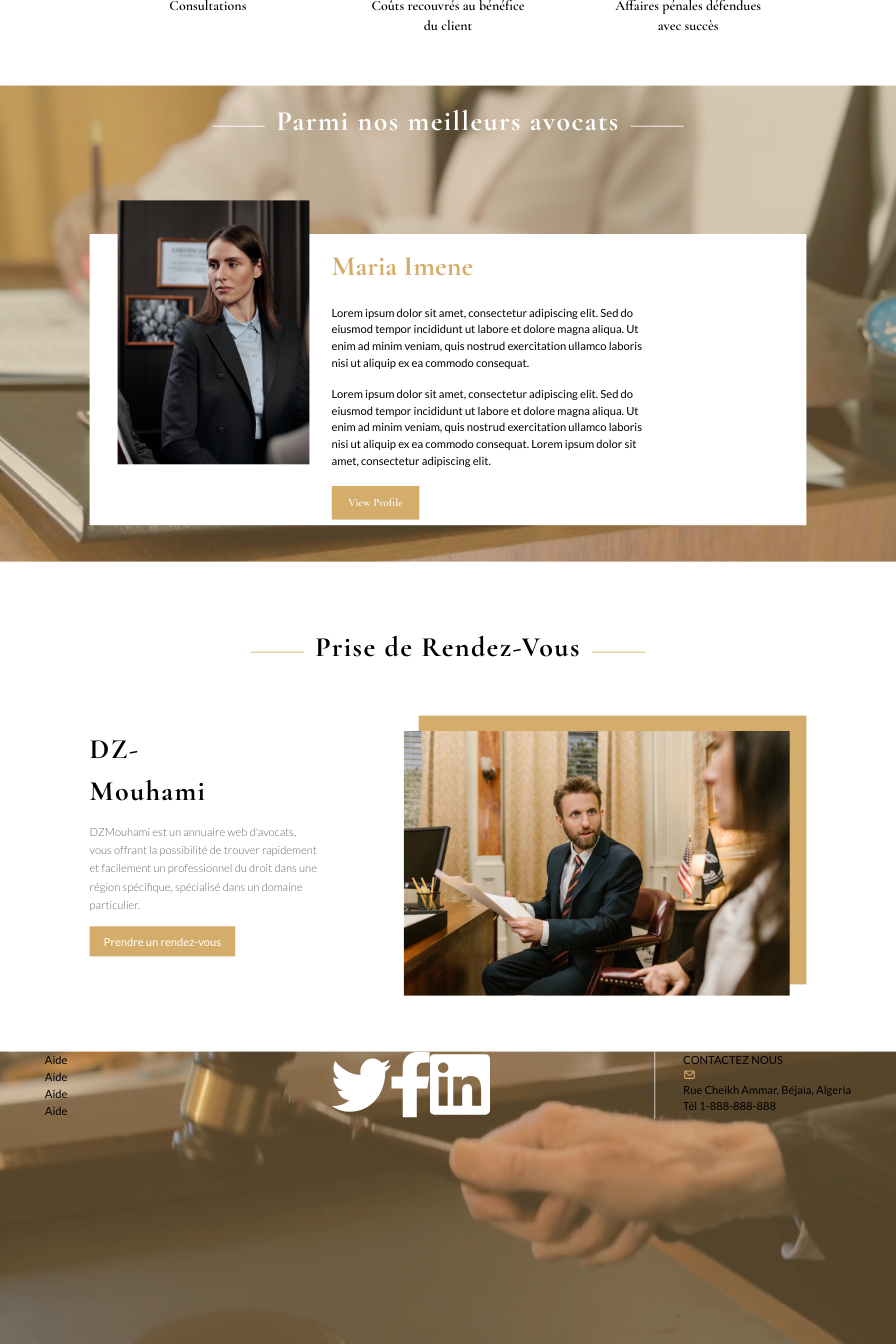
Repository: Chekrouba-Tinhinane/Mohami_dz
Page: / (app in client/)
These files come from the project's save history. The page is drawn as it stood at one moment and after a run of saves; the edit follows.
The browser window is 1280 px wide. The pictures show the part of the page from y = 2346 to 4266 px (the page is 4266 px tall before and 4240 px after), at 70% of full size.
The project was rebuilt for these pictures with package versions that can differ from the ones it lists, and the page was loaded fresh each time. Also part of the build but not shown: client/vite.config.js, client/src/SignIn.jsx, client/src/components/Selector.jsx, client/src/components/SearchContainer.jsx, client/src/Search.jsx, client/src/components/super/HomeLayout.jsx, client/src/components/Profile.jsx.

Above is the page before, as saved 2024-01-25 12:28:07.

After the next 3 saves:
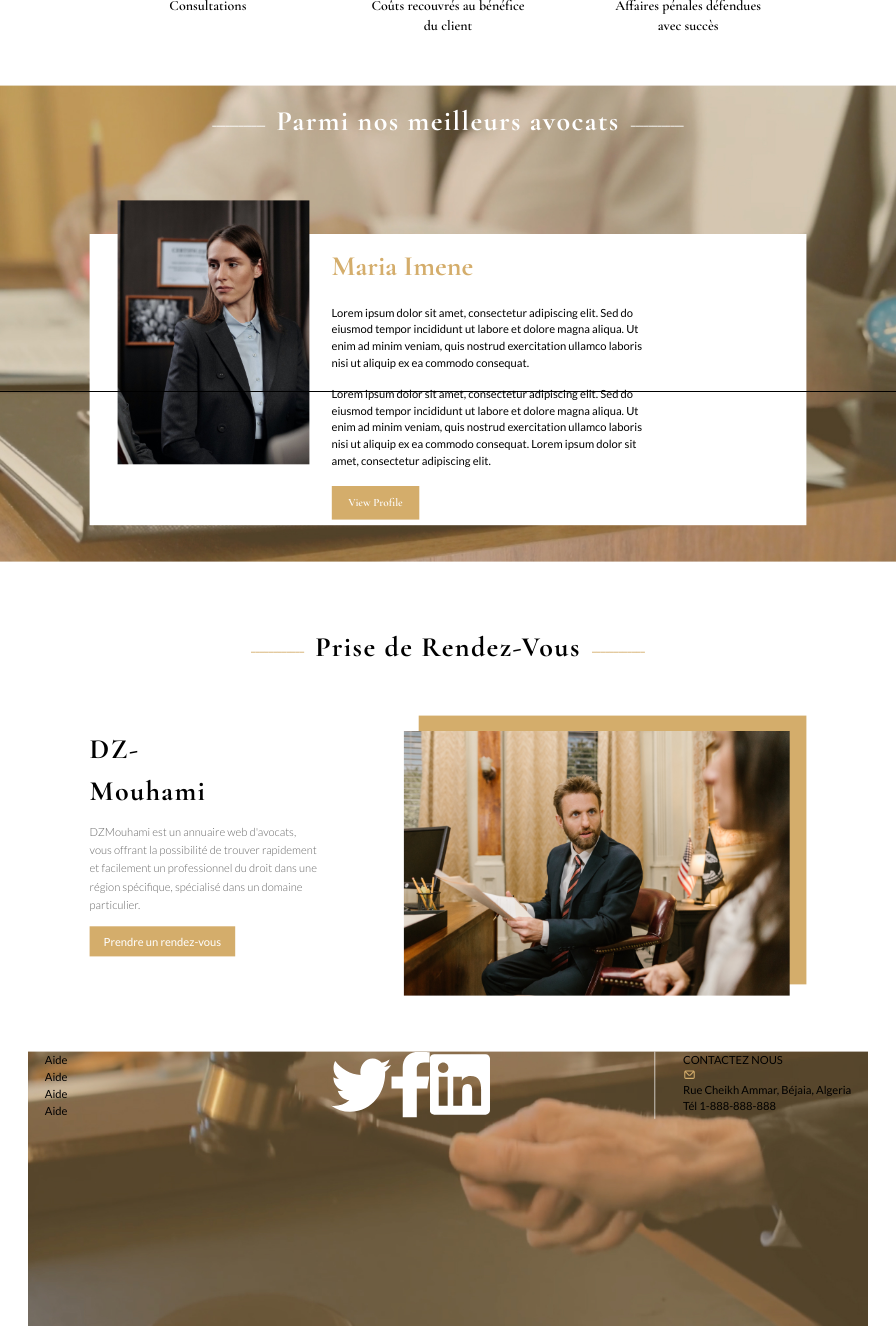
The 3 saves are shown as one change because they came seconds apart.
The last was saved 58 s later.
--- a/client/src/LandingPage.jsx
+++ b/client/src/LandingPage.jsx
@@ -270,7 +270,7 @@
 
 function Footer() {
   return (
-    <footer id="footer" className=" relative flex w-full justify-center mt-10 ">
+    <footer id="footer" className=" relative flex w-full justify-center px-10 mt-10 ">
       <img src={footer} alt="" className="w-full object-cover" />
       {/* sixth section */}
       <div className="absolute w-full ">

After the 3 saves that followed:
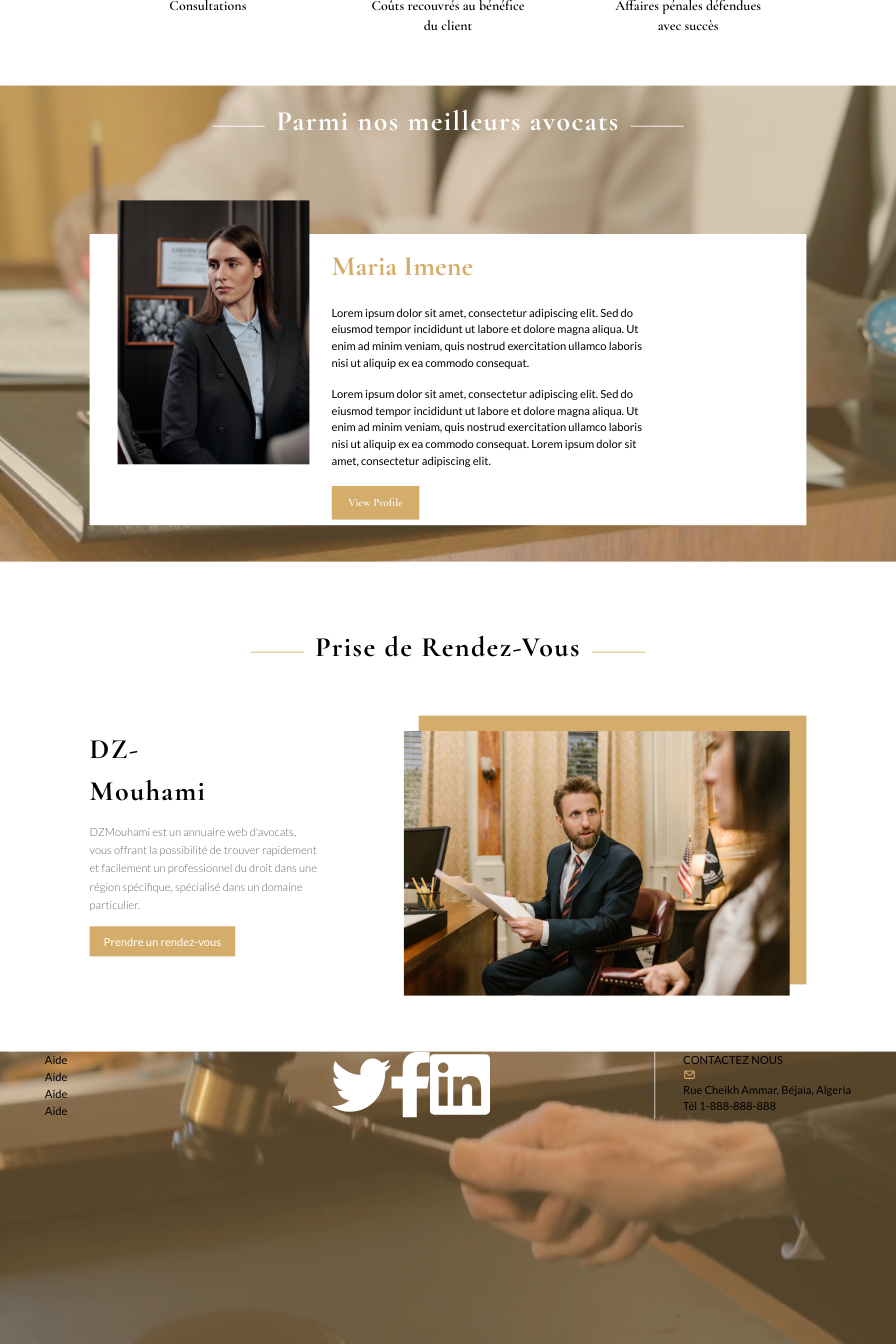
The 3 saves are shown as one change because they came seconds apart.
The last was saved 7 s later.
--- a/client/src/LandingPage.jsx
+++ b/client/src/LandingPage.jsx
@@ -270,7 +270,7 @@
 
 function Footer() {
   return (
-    <footer id="footer" className=" relative flex w-full justify-center px-10 mt-10 ">
+    <footer id="footer" className=" relative flex w-full justify-center mx-10 mt-10 ">
       <img src={footer} alt="" className="w-full object-cover" />
       {/* sixth section */}
       <div className="absolute w-full ">
